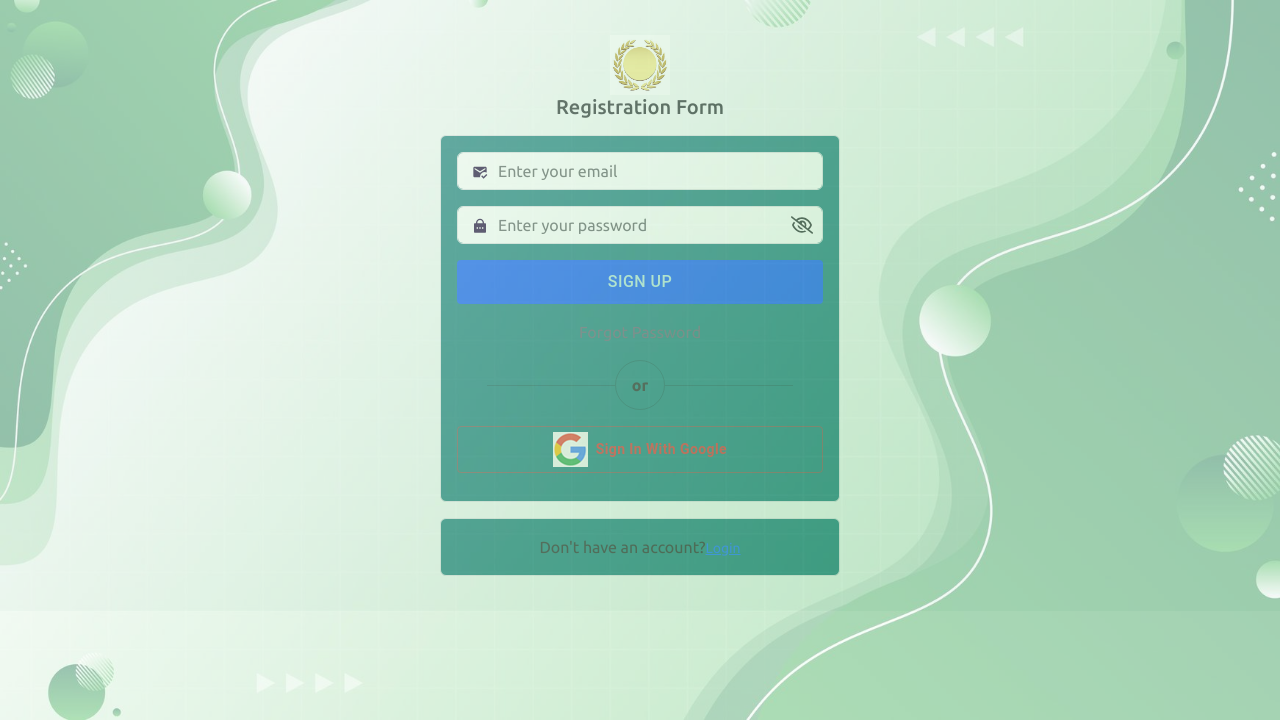
Repository: gautamsonam011/admin-react-dashboard
Page: /signup
The author's editor kept a copy of each file at every save. The page is drawn from the files as they stood at one save, then again after the next save.
The browser window is 1280 px wide. The pictures show the whole page.
The project was rebuilt for these pictures with package versions that can differ from the ones it lists, and the page was loaded fresh each time. Also part of the build but not shown: src/components/DashboardBox.jsx, src/pages/Dashboard/Dashboard.jsx, src/pages/Login/index.jsx.

Above is the page before, as saved 2025-04-26 21:24:19.

After the next save:
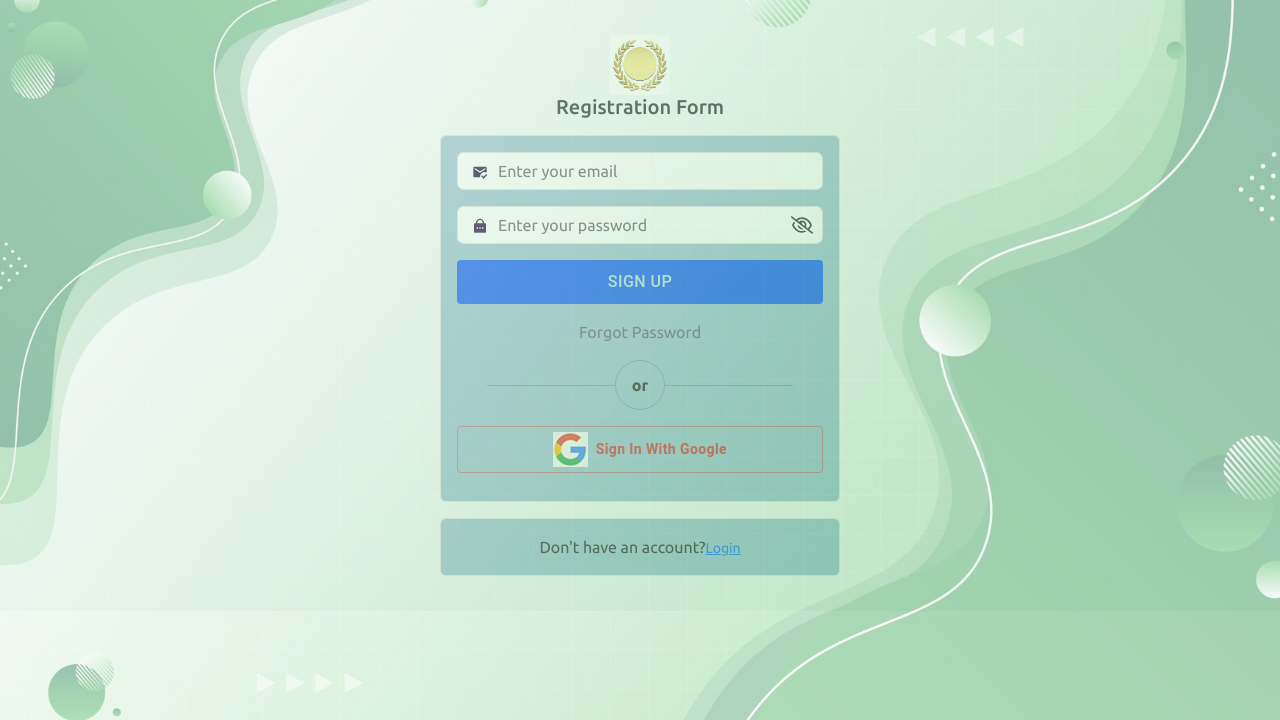
Saved 59 s later.
--- a/src/App.css
+++ b/src/App.css
@@ -122,7 +122,7 @@ position:relative; overflow:hidden;}
 }
 .loginbgimage{width:100%; height: 100%; opacity: 0.4; position: fixed; top: 0; left: 0; z-index: 99; pointer-events: none;}
 .loginSection .loginBox{width: 400px; height: auto; margin: auto;}
-.loginSection .loginBox .wrapper{width:100%; height: auto; background: #157a7a;}
+.loginSection .loginBox .wrapper{width:100%; height: auto; background: #98becf;}
 .full{max-width: 100% !important; flex: 0 0 100% !important; width: 100% !important;}
 .loginSection .loginBox .wrapper .form-control{box-shadow: none !important; outline: none !important; padding-left: 40px;}
 .loginSection .loginBox .wrapper .form-control:focus{border: 1px solid #0858f7 !important;}
